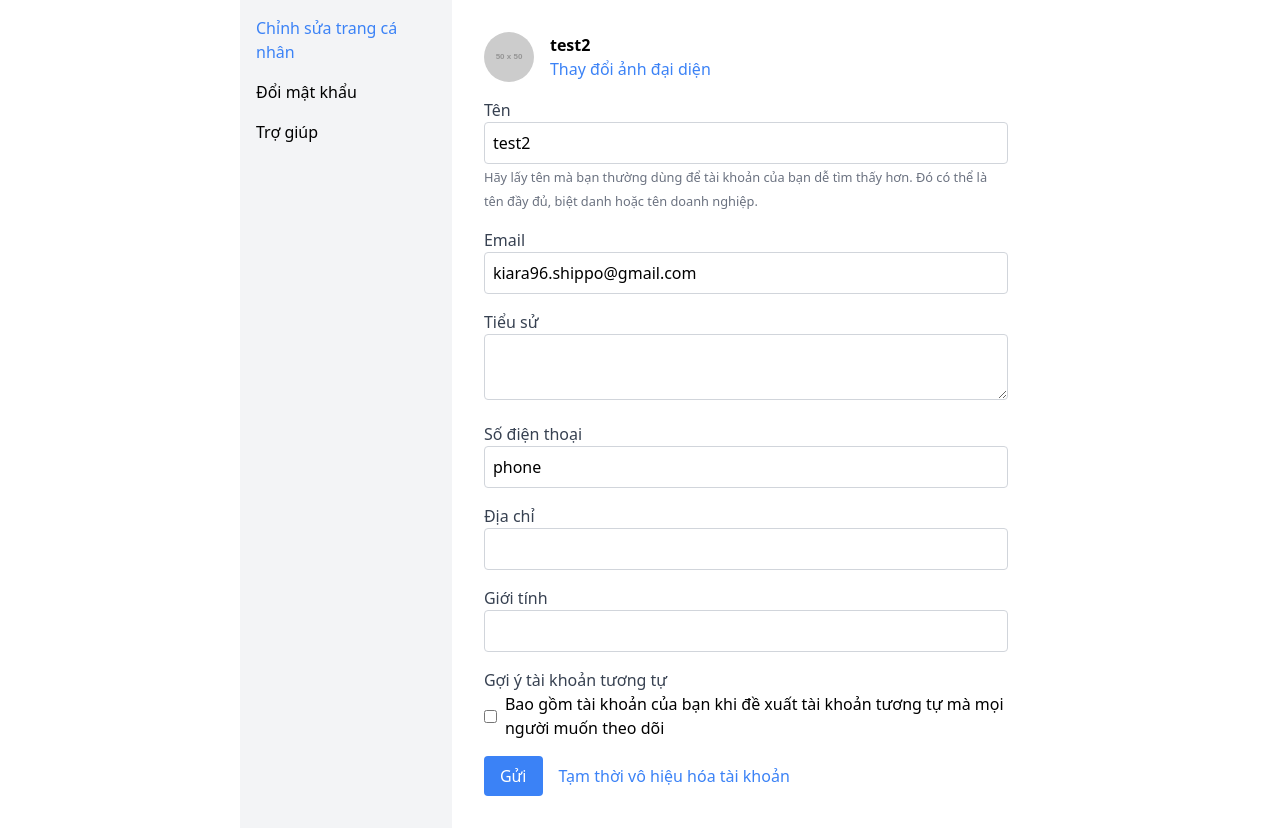
Repository: DangNgocDuong250903/2425_CS445AC_NHOM1
Page: /update_user (app in social_fe/)
These files come from the project's save history. The page is drawn as it stood at one moment and after a run of saves; the edit follows.
The browser window is 1280 px wide. The pictures show the whole page.
The project was rebuilt for these pictures with package versions that can differ from the ones it lists, and the page was loaded fresh each time. Also part of the build but not shown: social_fe/vite.config.js, social_fe/src/components/Button/index.jsx, social_fe/src/assets/index.js, social_fe/src/components/FriendCard/index.jsx, social_fe/src/components/Loading/index.jsx, social_fe/src/components/PostCard/index.jsx, social_fe/src/components/ProfileCard/index.jsx, social_fe/src/components/TextInput/index.jsx and 8 more.

Above is the page before, as saved 2024-11-05 10:49:22.

### social_fe/index.html
<!DOCTYPE html>
<html lang="en">
  <head>
    <meta charset="UTF-8" />
    <link rel="icon" type="image/svg+xml" href="/public/logo.svg" />
    <meta name="viewport" content="width=device-width, initial-scale=1.0" />
    <title>LinkVerse</title>
  </head>
  <body>
    <div id="root"></div>
    <script type="module" src="/src/main.jsx"></script>
  </body>
</html>

### social_fe/src/main.jsx
import { StrictMode } from "react";
import { createRoot } from "react-dom/client";
import App from "./App.jsx";
import "./index.css";
import { store } from "./redux/store.js";
import { Provider } from "react-redux";
import { BrowserRouter } from "react-router-dom";

createRoot(document.getElementById("root")).render(
  <StrictMode>
    <Provider store={store}>
      <BrowserRouter>
        <App />
      </BrowserRouter>
    </Provider>
  </StrictMode>,
);

### social_fe/src/App.jsx
import { Outlet, Navigate, Route, Routes, useLocation } from "react-router-dom";
import {
  Home,
  Profile,
  Register,
  Login,
  ResetPassword,
  NotFound,
} from "./pages";
import { useSelector } from "react-redux";
import UpdateUser from "./pages/ProfilePage/updateUser";

const Layout = () => {
  const { user } = useSelector((state) => state.user);
  const location = useLocation();

  return user?.token ? (
    <Outlet />
  ) : (
    <Navigate to="/login" state={{ from: location }} replace />
  );
};

function App() {
  const { theme } = useSelector((state) => state.theme);

  return (
    <div data-theme={theme} className="w-full min-h-[100vh]">
      <Routes>
        <Route element={<Layout />}>
          <Route path="/" element={<Home />} />
          <Route path="/profile" element={<Profile />} />
          <Route path="/update_user" element={<UpdateUser />} />


        </Route>

        <Route path="/register" element={<Register />} />
        <Route path="/login" element={<Login />} />
        <Route path="/reset-password" element={<ResetPassword />} />
        <Route path="*" element={<NotFound />} />
      </Routes>
    </div >
  );
}

export default App;

### social_fe/src/index.css
@tailwind base;
@tailwind components;
@tailwind utilities;

::-webkit-scrollbar {
    display: none;
     -ms-overflow-style: none;  /* IE and Edge */
    scrollbar-width: none;
  }

  .topbar{
  position: sticky;
  top: 0px;
  z-index: 49;
  }


  .dots-container {
    display: flex;
    align-items: center;
    justify-content: center;
    height: 100%;
    width: 100%;
    margin-bottom: 5px;
  }

  .dot {
    height: 12px;
    width: 12px;
    margin-right: 10px;
    border-radius: 10px;
    background-color: #fff;
    animation: pulse 1.5s infinite ease-in-out;
  }

  .dot:last-child {
    margin-right: 0;
  }

  .dot:nth-child(1) {
    animation-delay: -0.3s;
  }

  .dot:nth-child(2) {
    animation-delay: -0.1s;
  }

  .dot:nth-child(3) {
    animation-delay: 0.1s;
  }

  @keyframes pulse {
    0% {
      transform: scale(0.8);
      background-color: #b3d4fc;
      box-shadow: 0 0 0 0 rgba(178, 212, 252, 0.7);
    }

    50% {
      transform: scale(1.2);
      background-color: #4b79e4;
      box-shadow: 0 0 0 10px rgba(178, 212, 252, 0);
    }

    100% {
      transform: scale(0.8);
      background-color: #2584f8;
      box-shadow: 0 0 0 0 rgba(178, 212, 252, 0.7);
    }
  }

  @layer base {
    :root {
      --color-bg: 227 227 227;
      --color-primary: 255 255 255;
      --color-secondary:255 255 255;
      --color-ascent1: 0 0 0;
      --color-ascent2: 89 91 100;
      --color-blue: 6 90 216;
      --color-white: 255 255 255;

    }
    /* //15 23 42  21 30 49*/
    [data-theme="dark"] {
       --color-bg: 12 12 12;
       --color-primary: 31 31 31;
      --color-secondary: 47 45 48;
      --color-ascent1: 255 255 255;
      --color-ascent2: 164 161 162;
      --color-blue: 6 90 216;
      /* //16 176 255; */
      --color-white: 255 255 255;
    }
  }

### social_fe/src/redux/store.js
import { configureStore } from "@reduxjs/toolkit";

import { rootReducer } from "./reducer";

const store = configureStore({
  reducer: rootReducer,
});

const { dispatch } = store;

export { store, dispatch };

### social_fe/src/pages/index.js
import Home from "./HomePage";
import Login from "./LoginPage";
import NotFound from "./NotFoundPage";
import Profile from "./ProfilePage";
import Register from "./RegisterPage";
import ResetPassword from "./ResetPasswordPage";

export { Home, Login, NotFound, Profile, Register, ResetPassword };

### social_fe/src/pages/ProfilePage/updateUser.jsx
import React from 'react';

const UpdateUser = () => {
    return (
        <div className="flex w-[800px] mx-auto">
            <div className="p-4 bg-gray-100 w-1/">
                <ul>
                    <li className="mb-4"><a href="#" className="text-blue-500">Chỉnh sửa trang cá nhân</a></li>
                    <li className="mb-4"><a href="#">Đổi mật khẩu</a></li>
                    <li className="mb-4"><a href="#">Trợ giúp</a></li>
                </ul>
            </div>
            <div className="w-3/4 p-8">
                <div className="flex items-center mb-4">
                    <img src="https://placehold.co/50x50" alt="User avatar" className="mr-4 rounded-full" />
                    <div>
                        <div className="font-bold">test2</div>
                        <a href="#" className="text-blue-500">Thay đổi ảnh đại diện</a>
                    </div>
                </div>
                <form>
                    <div className="mb-4">
                        <label className="block text-gray-700">Tên</label>
                        <input type="text" value="test2" className="w-full p-2 border border-gray-300 rounded" />
                        <small className="text-gray-500">Hãy lấy tên mà bạn thường dùng để tài khoản của bạn dễ tìm thấy hơn. Đó có thể là tên đầy đủ, biệt danh hoặc tên doanh nghiệp.</small>
                    </div>
                    <div className="mb-4">
                        <label className="block text-gray-700">Email</label>
                        <input type="email" value="kiara96.shippo@gmail.com" className="w-full p-2 border border-gray-300 rounded" />
                    </div>
                    <div className="mb-4">
                        <label className="block text-gray-700">Tiểu sử</label>
                        <textarea className="w-full p-2 border border-gray-300 rounded"></textarea>
                    </div>
                    <div className="mb-4">
                        <label className="block text-gray-700">Số điện thoại</label>
                        <input type="text" value="phone" className="w-full p-2 border border-gray-300 rounded" />
                    </div>
                    <div className="mb-4">
                        <label className="block text-gray-700">Địa chỉ</label>
                        <input type="text" className="w-full p-2 border border-gray-300 rounded" />
                    </div>
                    <div className="mb-4">
                        <label className="block text-gray-700">Giới tính</label>
                        <input type="text" className="w-full p-2 border border-gray-300 rounded" />
                    </div>
                    <div className="mb-4">
                        <label className="block text-gray-700">Gợi ý tài khoản tương tự</label>
                        <div className="flex items-center">
                            <input type="checkbox" className="mr-2" />
                            <span>Bao gồm tài khoản của bạn khi đề xuất tài khoản tương tự mà mọi người muốn theo dõi</span>
                        </div>
                    </div>
                    <div className="flex items-center">
                        <button type="submit" className="px-4 py-2 mr-4 text-white bg-blue-500 rounded">Gửi</button>
                        <button type="button" className="text-blue-500">Tạm thời vô hiệu hóa tài khoản</button>
                    </div>
                </form>
            </div>
        </div>
    );
};

export default UpdateUser;

### social_fe/src/redux/reducer.js
import { combineReducers } from "@reduxjs/toolkit";

import postSlice from "./Slices/postSlice";
import themeSlice from "./Slices/theme";
import userSlice from "./Slices/userSlice";

const rootReducer = combineReducers({
  user: userSlice,
  theme: themeSlice,
  posts: postSlice,
});

export { rootReducer };

### social_fe/src/redux/Slices/postSlice.js
import { createSlice } from "@reduxjs/toolkit";

const initialState = {
  posts: {},
};

const postSlice = createSlice({
  name: "post",
  initialState,
  reducers: {
    getPosts(state, action) {
      state.posts = action.payload;
    },
  },
});

export default postSlice.reducer;

export function SetPosts(post) {
  return (dispatch) => {
    dispatch(postSlice.actions.getPosts(post));
  };
}

### social_fe/src/redux/Slices/theme.js
import { createSlice } from "@reduxjs/toolkit";

const initialState = {
  theme: JSON.parse(window?.localStorage.getItem("theme")) ?? "dark",
};

const themeSlice = createSlice({
  name: "theme",
  initialState,
  reducers: {
    setTheme(state, action) {
      state.theme = action.payload;
      localStorage.setItem("theme", JSON.stringify(action.payload));
    },
  },
});

export default themeSlice.reducer;

export function SetTheme(value) {
  return (dispatch) => {
    dispatch(themeSlice.actions.setTheme(value));
  };
}

### social_fe/src/redux/Slices/userSlice.js
import { createSlice } from "@reduxjs/toolkit";

import { user } from "../../assets/data";

const initialState = {
  user: JSON.parse(window?.localStorage.getItem("user")) ?? user,
  edit: false,
};

const userSlice = createSlice({
  name: "user",
  initialState,
  reducers: {
    login(state, action) {
      state.user = action.payload;
      localStorage.setItem("user", JSON.stringify(action.payload));
    },
    logout(state) {
      state.user = null;
      localStorage?.removeItem("user");
    },
    updateProfile(state, action) {
      state.edit = action.payload;
    },
  },
});
export default userSlice.reducer;

export function UserLogin(user) {
  return (dispatch) => {
    dispatch(userSlice.actions.login(user));
  };
}

export function Logout() {
  return (dispatch) => {
    dispatch(userSlice.actions.logout());
  };
}

export function UpdateProfile(val) {
  return (dispatch) => {
    dispatch(userSlice.actions.updateProfile(val));
  };
}

### social_fe/tailwind.config.js
/** @type {import('tailwindcss').Config} */
export default {
  content: [
    "./index.html",
    "./src/**/*.{js,ts,jsx,tsx}",
  ],
  theme: {
    extend: {
      colors: {
        bgColor: "rgb(var(--color-bg) / <alpha-value>)",
        primary: "rgb(var(--color-primary) / <alpha-value>)",
        secondary: "rgb(var(--color-secondary) / <alpha-value>)",
        customBlue: "rgb(var(--color-blue) / <alpha-value>)",
        white: "rgb(var(--color-white) / <alpha-value>)",
        ascent: {
          1: "rgb(var(--color-ascent1) / <alpha-value>)",
          2: "rgb(var(--color-ascent2) / <alpha-value>)",
        },
      },
      screens: {
        sm: "640px",

        md: "768px",

        lg: "1024px",

        xl: "1280px",

        "2xl": "1536px",
      },
      extend: {
      },
    },
    plugins: [],
  }
}

Loaded but not shown: social_fe/src/assets/data.js (508 lines, source omitted)

After the next 2 saves:
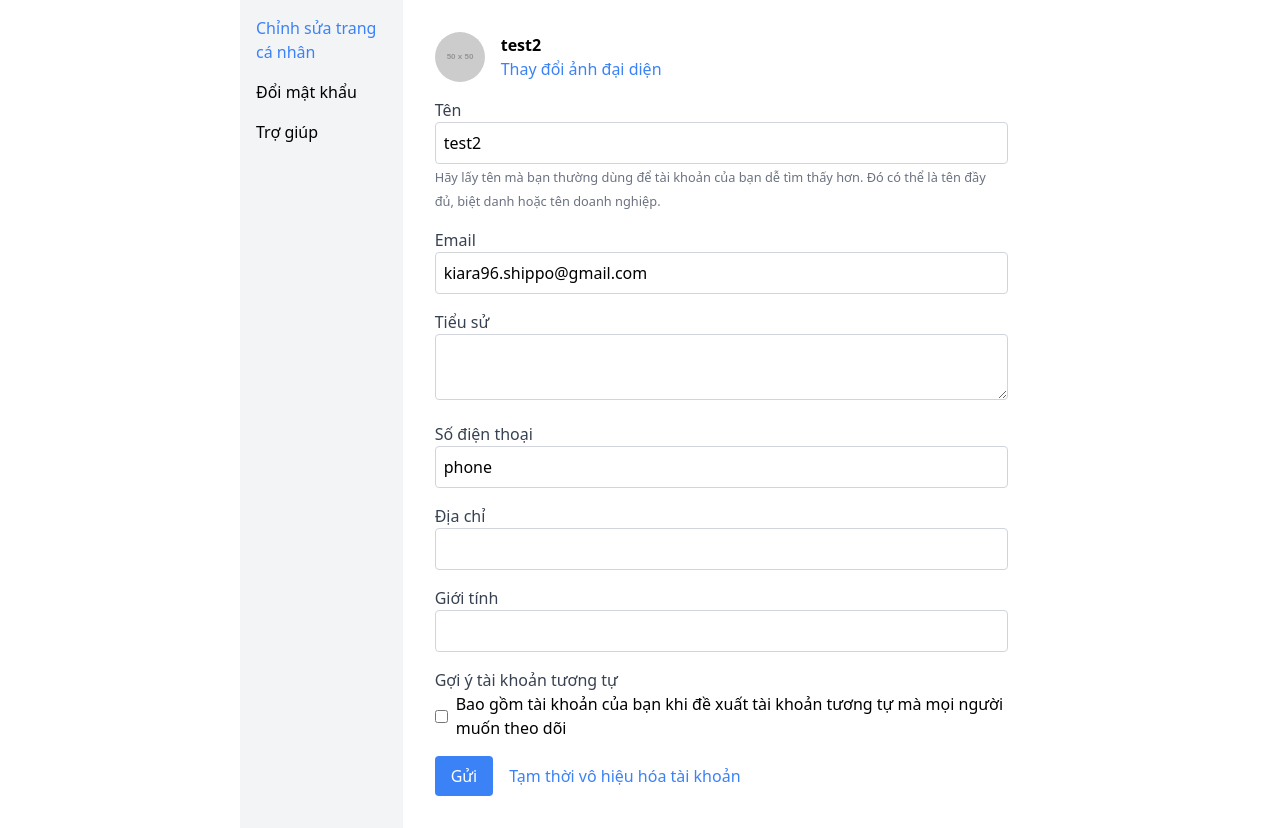
The 2 saves are shown as one change because they came seconds apart.
The last was saved 12 s later.
--- a/social_fe/src/pages/ProfilePage/updateUser.jsx
+++ b/social_fe/src/pages/ProfilePage/updateUser.jsx
@@ -3,14 +3,14 @@ import React from 'react';
 const UpdateUser = () => {
     return (
         <div className="flex w-[800px] mx-auto">
-            <div className="p-4 bg-gray-100 w-1/">
+            <div className="w-1/3 p-4 bg-gray-100">
                 <ul>
                     <li className="mb-4"><a href="#" className="text-blue-500">Chỉnh sửa trang cá nhân</a></li>
                     <li className="mb-4"><a href="#">Đổi mật khẩu</a></li>
                     <li className="mb-4"><a href="#">Trợ giúp</a></li>
                 </ul>
             </div>
-            <div className="w-3/4 p-8">
+            <div className="p-8 w-3/">
                 <div className="flex items-center mb-4">
                     <img src="https://placehold.co/50x50" alt="User avatar" className="mr-4 rounded-full" />
                     <div>
